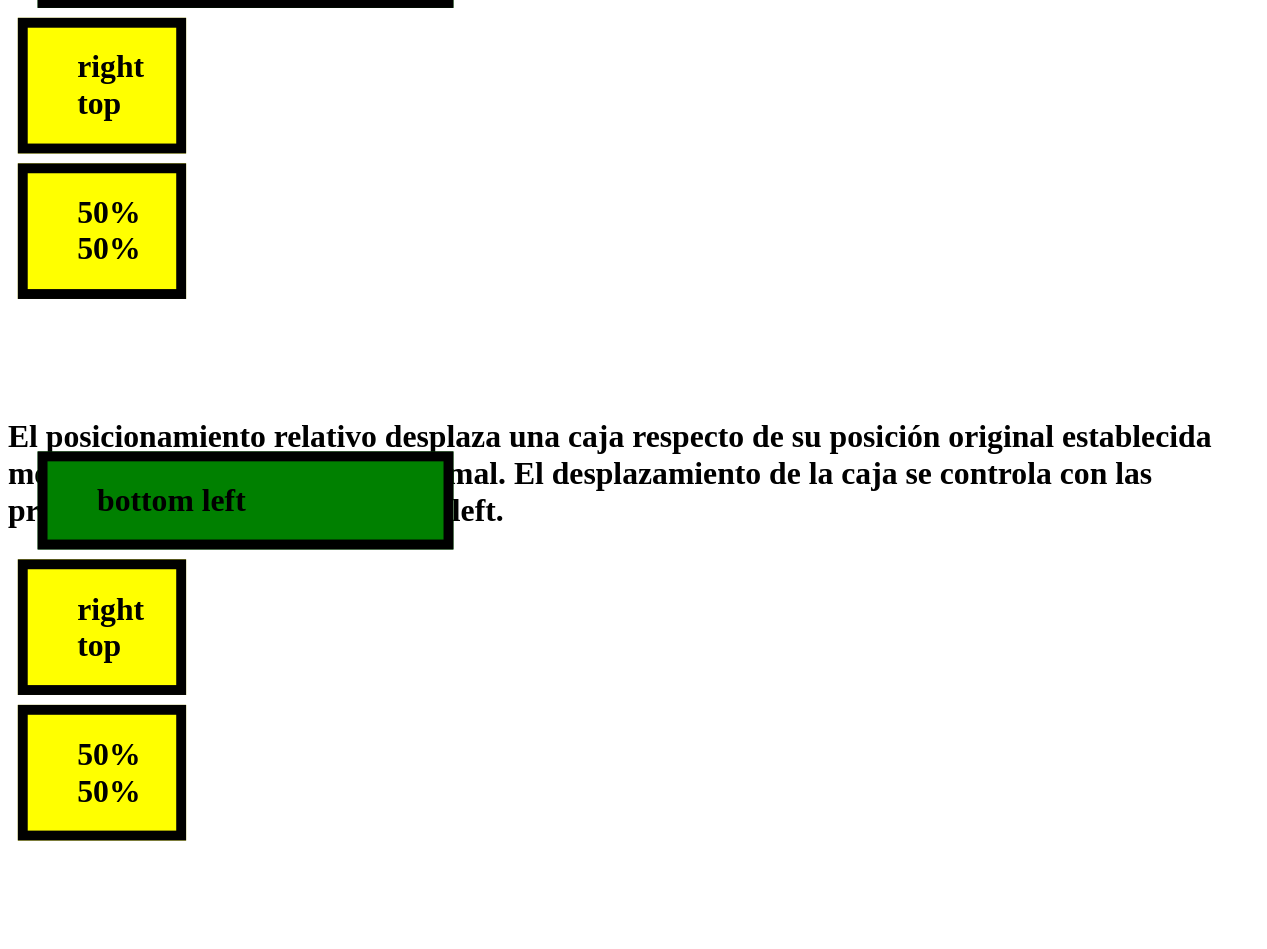
Repository: antonio63j/misNotas
Page: software/CSS/Demos/aptana_proyect/src/relativo.html
An editor plug-in stored every save of this project. The page is shown before and after the next save, followed by the edit.
The browser window is 1280 px wide. The pictures show the whole page, at 99% of full size.

Above is the page before, as saved 2017-04-23 16:49:09.

### software/CSS/Demos/aptana_proyect/src/relativo.html
<!DOCTYPE html>
<html>
<head>
<style>

#caja1 {
  position:relative;
  top:-100px;
  left:20px;
  width: 300px;
  padding-left:  50px;
  padding-right: 50px;
  margin-left:   10px;
  margin-right:  10px;
  border: 10px solid black;
  margin-bottom:10px;
  background-color:green;
}

#caja2 {
  position:relative;
  top:-100px;
  width: 50px;
  padding-left:  50px;
  padding-right: 50px;
  margin-left:   10px;
  margin-right:  10px;
  border: 10px solid black;
  margin-bottom:10px;
  background-color:yellow;
}

#caja3 {
  position:relative;
  top:-100px;
  width: 50px;
  padding-left:  50px;
  padding-right: 50px;
  margin-left:   10px;
  margin-right:  10px;
  border: 10px solid black;
  margin-bottom:10px;
  background-color:yellow;
}

#caja11 {
  position:relative;
  top:-100px;
  left:20px;
  width: 300px;
  padding-left:  50px;
  padding-right: 50px;
  margin-left:   10px;
  margin-right:  10px;
  border: 10px solid black;
  margin-bottom:10px;
  background-color:green;
}

#caja22 {
  position:relative;
  top:-100px;
  width: 50px;
  padding-left:  50px;
  padding-right: 50px;
  margin-left:   10px;
  margin-right:  10px;
  border: 10px solid black;
  margin-bottom:10px;
  background-color:yellow;
}

#caja33 {
  position:relative;
  top:-100px;
  width: 50px;
  padding-left:  50px;
  padding-right: 50px;
  margin-left:   10px;
  margin-right:  10px;
  border: 10px solid black;
  margin-bottom:10px;
  background-color:yellow;
}


</style>
</head>



<body>

<div id="caja1"><h1>bottom left</h1></div>
<div id="caja2"><h1>right top</h1></div>
<div id="caja3"><h1>50% 50%</h1></div>

<h1>El posicionamiento relativo desplaza una caja respecto de su posición original establecida mediante el posicionamiento normal. El desplazamiento de la caja se controla con las propiedades top, right, bottom y left.</h1>

<div id="caja11"><h1>bottom left</h1></div>
<div id="caja22"><h1>right top</h1></div>
<div id="caja33"><h1>50% 50%</h1></div>

</body>

</html>

After the next save:
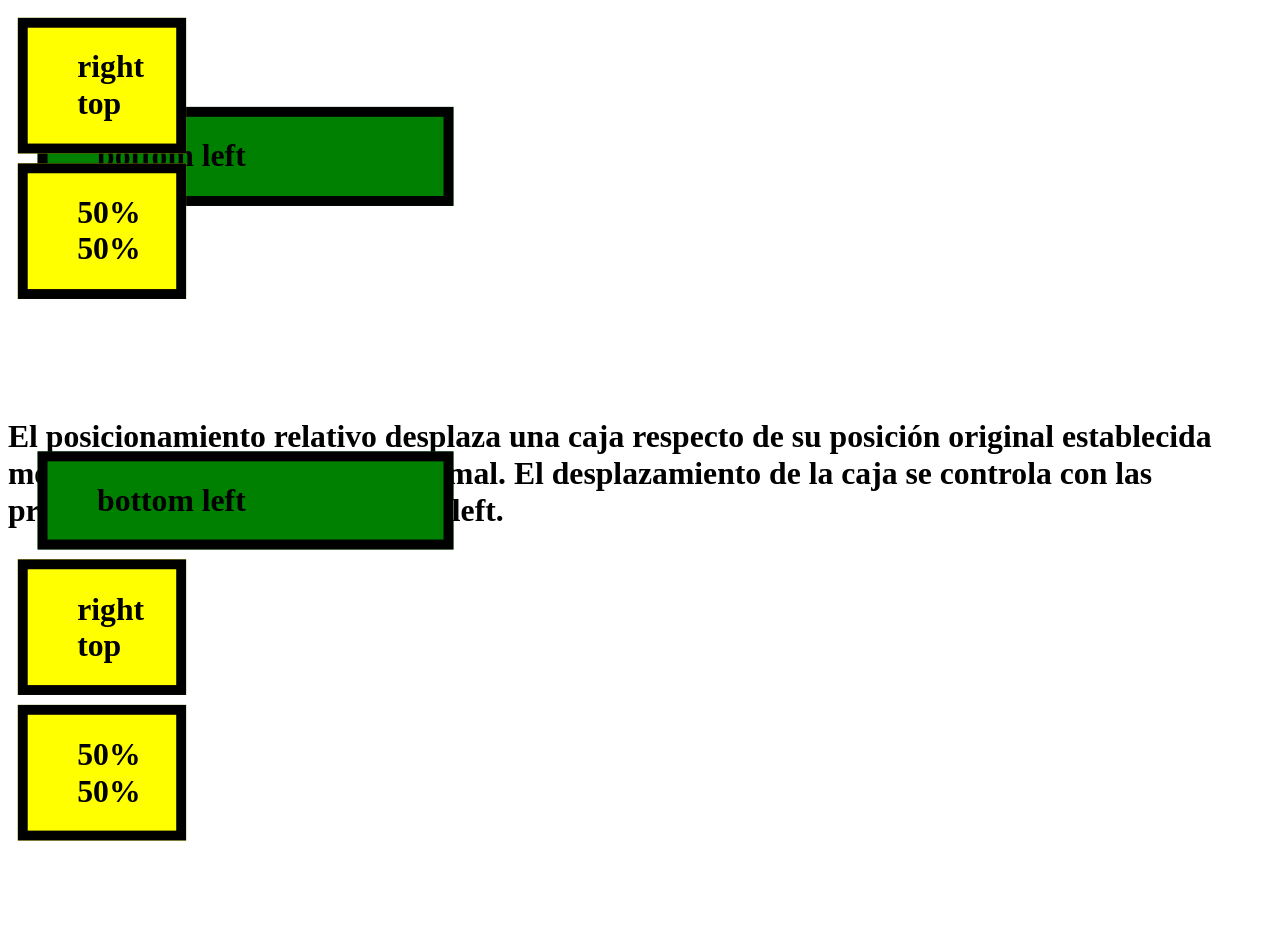
Saved 51 s later.
--- a/software/CSS/Demos/aptana_proyect/src/relativo.html
+++ b/software/CSS/Demos/aptana_proyect/src/relativo.html
@@ -5,7 +5,7 @@
 
 #caja1 {
   position:relative;
-  top:-100px;
+  top:100px;
   left:20px;
   width: 300px;
   padding-left:  50px;
